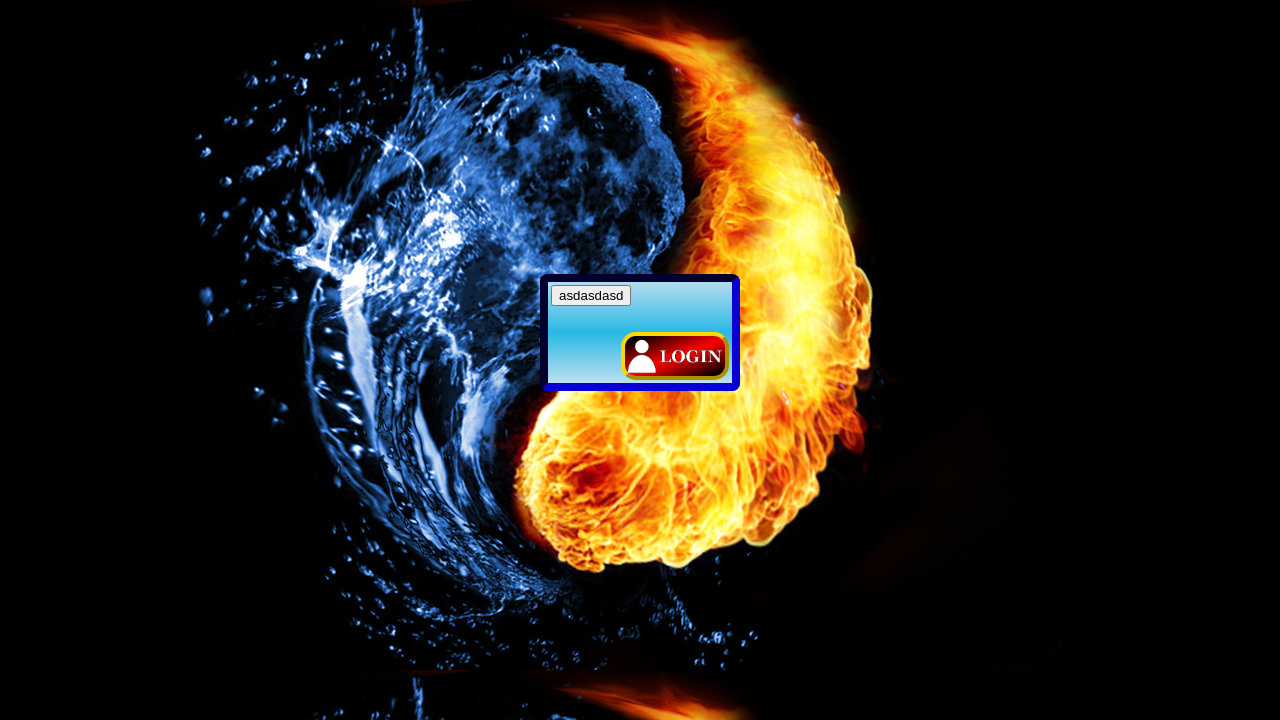
Repository: Albocoder/Event-handler
Page: loginBrain/WebContent/WEB-INF/adminPanel.html
These files come from the project's save history. The page is drawn as it stood at one moment and after the next save; the edit follows.
The browser window is 1280 px wide. The pictures show the whole page.

Above is the page before, as saved 2015-08-10 14:37:09.

After the next save:
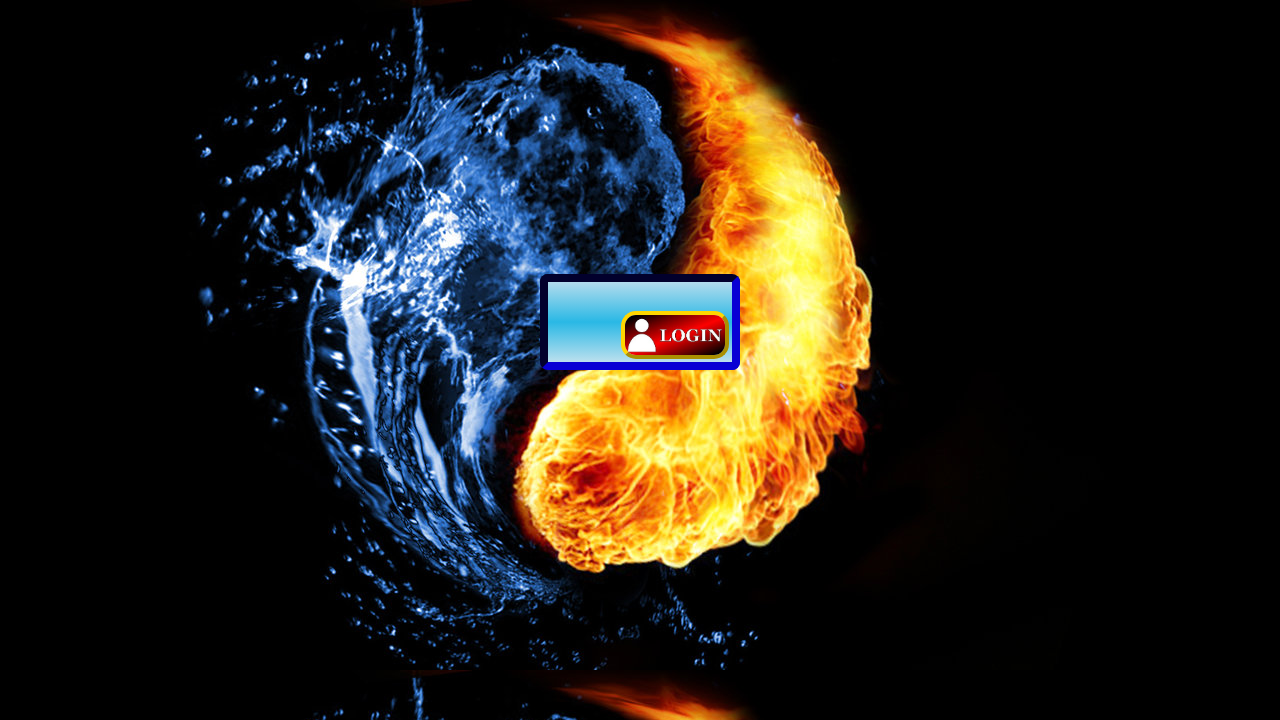
Saved 19 s later.
--- a/loginBrain/WebContent/WEB-INF/adminPanel.html
+++ b/loginBrain/WebContent/WEB-INF/adminPanel.html
@@ -54,7 +54,7 @@ input{
 <table>
 <br>
 <br>
-<tr><td><button /> asdasdasd</td></tr>
+<tr><td></td></tr>
 <tr>
 <td colspan = "2">
 </tr>
